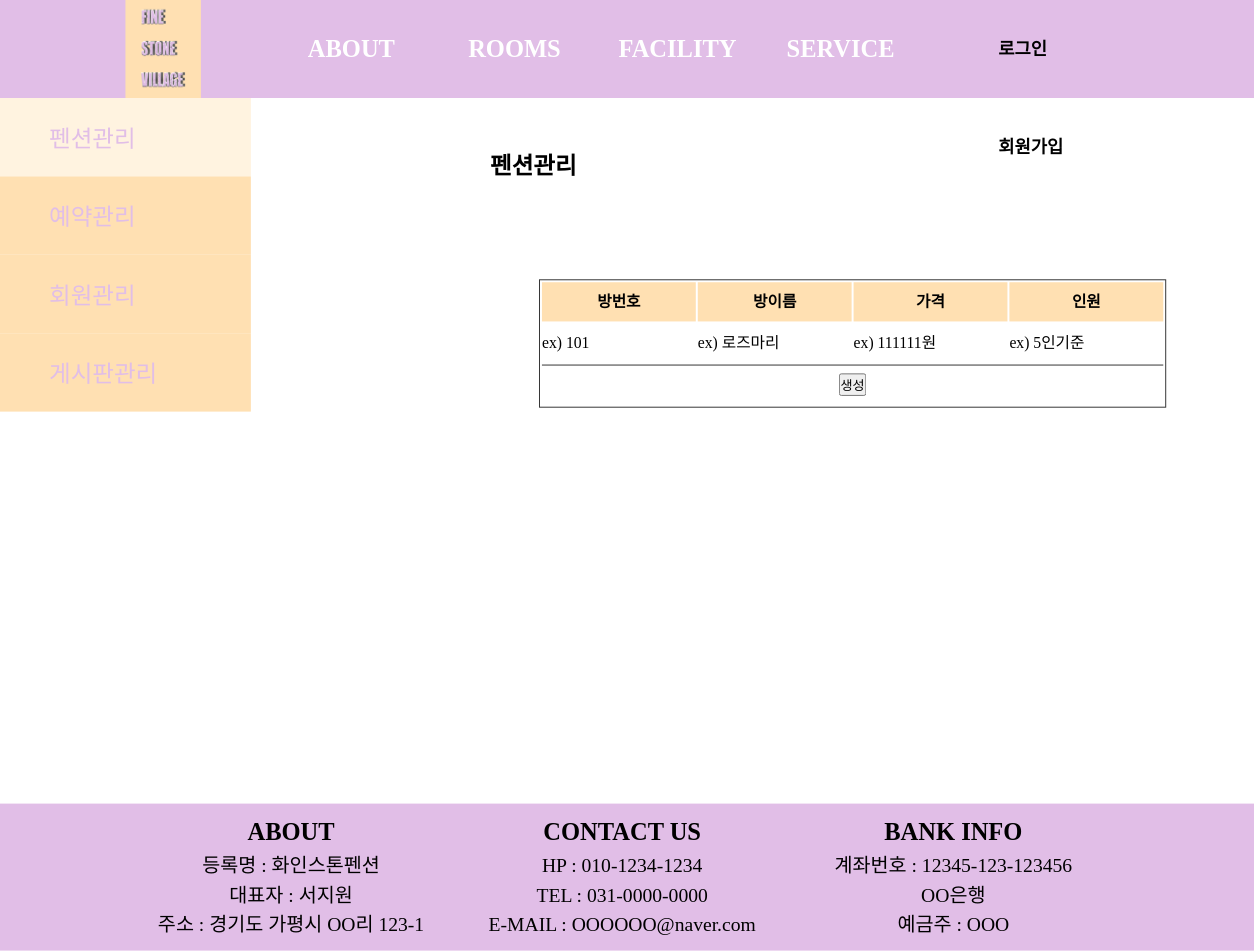
Repository: yoonjaesub/-pensionProject
Page: http://localhost/pension_project/WEB-INF/views/room/pension_manager.jsp
The author's editor kept a copy of each file at every save. The page is drawn from the files as they stood at one save, then again after the next save.
The browser window is 1280 px wide. The pictures show the whole page, at 98% of full size.
Some web fonts or font styles are not loaded; a fallback is used. The page is served by Tomcat 9. Nobody is signed in. Other server files are loaded and not shown. The template is opened directly, without the code that normally fills it, so the values that code supplies are empty.

Above is the page before, as saved 2021-01-24 12:22:47.

### Project_content/pension_project/src/main/webapp/WEB-INF/views/room/pension_manager.jsp
<%@ page language="java" contentType="text/html; charset=UTF-8"
	pageEncoding="UTF-8"%>
<%@ taglib uri = "http://java.sun.com/jsp/jstl/core" prefix="c" %>
<%@ taglib uri = "http://java.sun.com/jsp/jstl/fmt" prefix="fmt" %>
<!DOCTYPE html>
<html lang="UTF-8">
<head>
<meta charset="UTF-8">
<meta name="viewport" content="width=device-width, initial-scale=1.0">
<title>관리자전용 페이지</title>
<link rel="preconnect" href="https://fonts.gstatic.com">
<link
	href="https://fonts.googleapis.com/css2?family=Abril+Fatface&family=Darker+Grotesque:wght@400;500;600;700;800;900&family=Do+Hyeon&family=Noto+Sans+KR:wght@100;300;400;500;700;900&display=swap"
	rel="stylesheet">
<link rel="stylesheet" href="resources/css/common.css">
</head>
<style>

/* left_bar */
.left_bar {
	width: 20%;
	height: 100%;
	float: left;
}

.left_list {
	width: 100%;
	height: 80px;
	line-height: 80px;
	background-color: #ffe0b2;
	font-size: 24px;
}

.left_list a {
	color: #e1bee7;
	display: block;
	margin-left: 50px;
}

/* main */
.main_table {
	width: 50%;
	margin-top: 50px;
	margin-left: 500px;
}

.main_text {
	margin-bottom: 100px;
	display: block;
}

table {
	margin-left: 50px;
	width: 100%;
	border: 1px solid #333;
}

thead {
	background-color: #ffe0b2;
}

th, td {
	width: 25%;
	height: 40px;
	line-height: 40px;
}
</style>
<body>
	<jsp:include page="../header.jsp" />
	<div class="left_bar">
		<ul>
			<li class="left_list" style="background-color: #fff3e0;">
				<a href="pension_manager" class="font_M">펜션관리</a>
			</li>
			<li class="left_list">
				<a href="reservation_manager" class="font_M">예약관리</a>
			</li>
			<li class="left_list">
				<a href="member_manager" class="font_M">회원관리</a>
			</li>
			<li class="left_list">
				<a href="notice_manager" class="font_M">게시판관리</a>
			</li>
		</ul>
	</div>
	<div class="main_table">
		<h2 class="main_text">펜션관리</h2>
		<form action="">
			<table>
				<thead>
					<tr>
						<th>방번호</th>
						<th>방이름</th>
						<th>가격</th>
						<th>인원</th>
					</tr>
				</thead>
				<tbody>
					<c:forEach items="${roomListAD }" var = "roomListAD" >
					<!-- ${roomListAD}는 컨트롤러에서 이름을 roomListAD로 정한 service.roomListAD를 가져온거 -->
					<!-- var는 뿌려줄때 이름이라고 생각하면 댐 -->
						<tr>
							<td><a href="pension_edit"><c:out value="${roomListAD.r_number }"/></a></td>
							<td>ex) 로즈마리</td>
							<td>ex) 111111원</td>
							<td>ex) 5인기준</td>
						</tr>
					</c:forEach>
					<tr>
						<td><a href="pension_edit">ex) 101</a></td>
						<td>ex) 로즈마리</td>
						<td>ex) 111111원</td>
						<td>ex) 5인기준</td>
					</tr>
				</tbody>
				<tfoot>
					<tr>
						<td colspan="4" style = "text-align: center; border-top: 1px solid #333;">
						 	<input type="button" value="생성" onclick="location.href='pension_create'" />
						 </td>
					</tr>
				</tfoot>
			</table>
		</form>
	</div>

	<%@ include file ="../footer.jsp" %>

### Project_content/pension_project/src/main/webapp/WEB-INF/views/footer.jsp
<%@ page language="java" contentType="text/html; charset=UTF-8"
    pageEncoding="UTF-8"%>

        <div class="footer">
            <div class="ft_wrap">
                <ul class="ft_info_box">
                    <li>
                        <h4 class="ft_info_tit">ABOUT</h4>
                        <p>등록명 : 화인스톤펜션</p>
                        <p>대표자 : 서지원</p>
                        <p>주소 : 경기도 가평시 OO리 123-1</p>
                    </li>
                    <li>
                        <h4 class="ft_info_tit">CONTACT US</h4>
                        <p>HP : 010-1234-1234</p>
                        <p>TEL : 031-0000-0000</p>
                        <p>E-MAIL : OOOOOO@naver.com</p>
                    </li>
                    <li>
                        <h4 class="ft_info_tit">BANK INFO</h4>
                        <p>계좌번호 : 12345-123-123456 <br>
                            OO은행 </p>
                        <p>예금주 : OOO</p>
                    </li>
                </ul>
            </div>
        </div>
    </div>
</body>
</html>

### Project_content/pension_project/src/main/webapp/WEB-INF/views/header.jsp
<%@ page language="java" contentType="text/html; charset=UTF-8"
    pageEncoding="UTF-8"%>
    <div class="wrap">
        <div class="header">
            <div class="hd_wrap">
                <a href="index" class="logo"><img src="resources/img/O_fine_logo.png" alt="로고"></a>
                <nav class="gnb">
                    <ul>
                        <li><a href="about">ABOUT</a></li>
                        <li><a href="room_list">ROOMS</a></li>
                        <li><a href="facility">FACILITY</a></li>
                        <li><a href="service">SERVICE</a></li>
                    </ul>
                </nav>
                <div class="login_box">
                    <a href="login">로그인</a>
                    <a href="mem_join">회원가입</a>
                </div>
            </div>
        </div>

### Project_content/pension_project/src/main/webapp/resources/css/common.css
/* 색상 */
.color1 {background : #fff3e0;}
.color2 {background : #fff8e1;}
.color3 {background : #ffecb3;}
.color4 {background : #ffe0b2;}
.color5 {background : #e1bee7;}

/* 폰트 */
.font_M {font-family: 'Noto Sans KR', sans-serif;}
.font_MB {font-family: 'Do Hyeon', sans-serif;}
.font_EB {font-family: 'Abril Fatface', cursive;}
.font_E {font-family: 'Darker Grotesque', sans-serif;}

/* 초기화 */
* {margin: 0; padding: 0;}
html,body {max-width: 100vw; height: 100%;}
ul,li {list-style: none;}
a {text-decoration: none; color:#000;}

/* 헤더 */
.wrap {width: 100%; height: 100%; box-sizing: border-box;}
.header {width: 100%; height: 100px; background: #E1BEE7;}
.hd_wrap {width: 80%; height: 100px; margin: 0 auto; }
.logo {display:inline-block; width: 7.5%; height: 100px;}
.logo img {width: 100%; height: 100%;}
.gnb {display: inline-block; width: 65%; height: 100px; margin-left: 6.5%;}
.gnb ul {width: 100%;}
.gnb ul li {float: left; width: 25%; text-align: center; line-height: 100px;}
.gnb ul li a {width: 100%; font-size: 25px; color: #fff; font-weight: bold;}
.login_box {float: right; width: 14%; height: 100px; }
.login_box a {display: inline-block; width: auto; text-align: center; margin: 0 10px; font-size: 18px; line-height: 100px; font-weight: bold; }

/* 콘텐츠 */
.content {clear: both; width: 100%; height: auto; min-height: 800px; margin: 0 auto; box-sizing: border-box;}

/* 푸터 */
.footer {clear: both; width: 100%; height: 150px; background: #E1BEE7;}
.ft_wrap {width: 80%; height: 100%; margin: 0 auto; text-align: center; }
.ft_info_box {width: 100%;}
.ft_info_box li {float: left; width: 33%; height: 100px; line-height: 1.5; margin-top: 10px; }
.ft_info_box h4 {font-size: 25px;}
.ft_info_box p {font-size: 20px;}

After the next save:
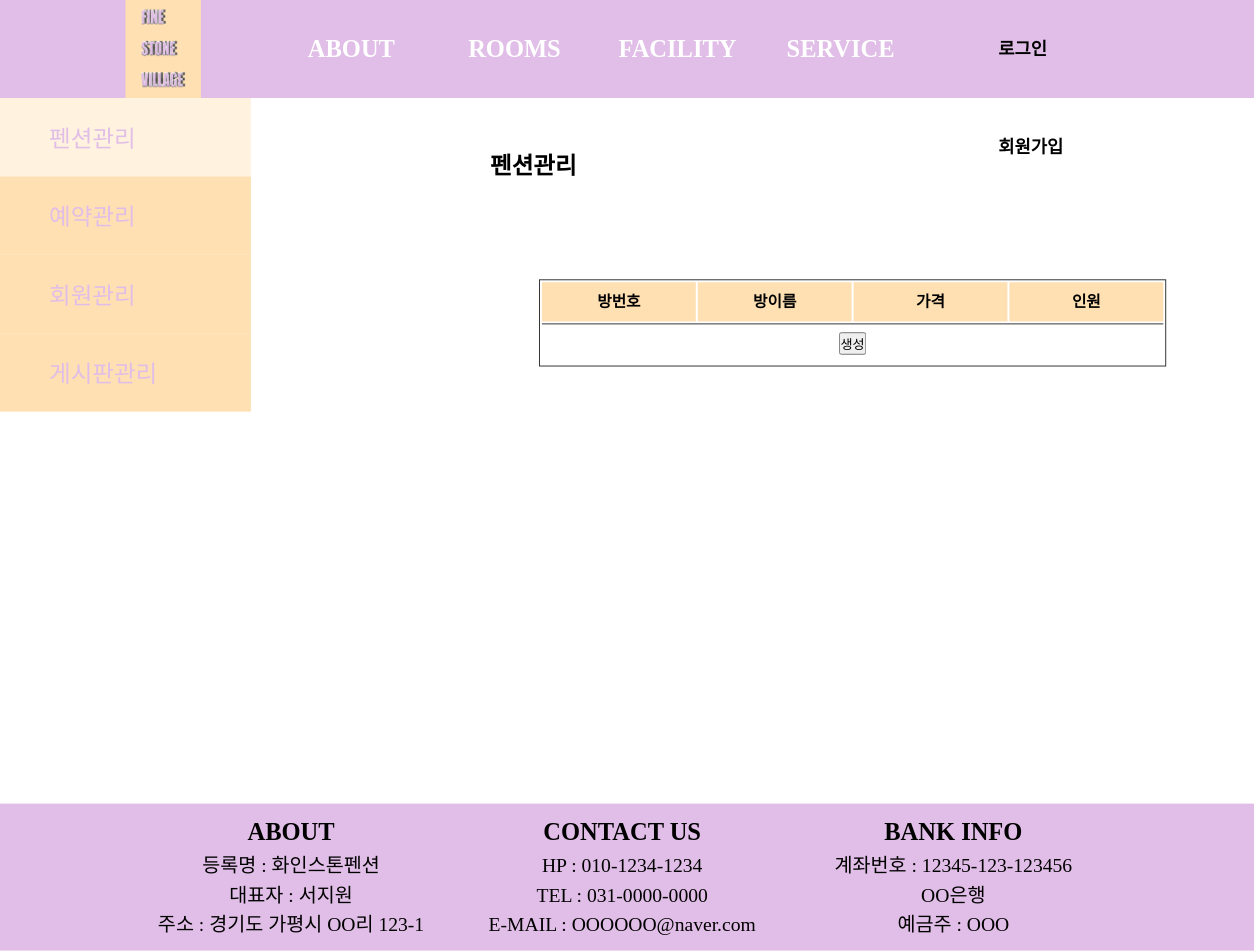
Saved 24 s later.
--- a/Project_content/pension_project/src/main/webapp/WEB-INF/views/room/pension_manager.jsp
+++ b/Project_content/pension_project/src/main/webapp/WEB-INF/views/room/pension_manager.jsp
@@ -106,12 +106,6 @@ th, td {
 							<td>ex) 5인기준</td>
 						</tr>
 					</c:forEach>
-					<tr>
-						<td><a href="pension_edit">ex) 101</a></td>
-						<td>ex) 로즈마리</td>
-						<td>ex) 111111원</td>
-						<td>ex) 5인기준</td>
-					</tr>
 				</tbody>
 				<tfoot>
 					<tr>
